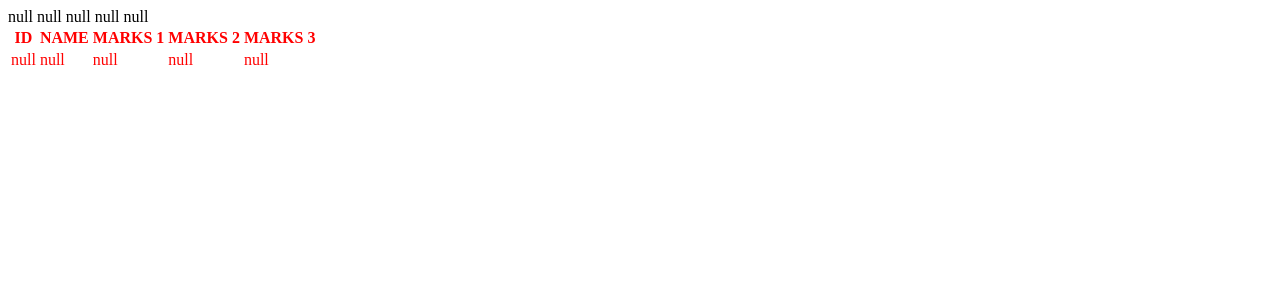
Repository: vima107/JDBC-CRUD-OPERATIONS
Page: http://localhost/get-result-mvc/getResultSuccess.jsp
The author's editor kept a copy of each file at every save. The page is drawn from the files as they stood at one save, then again after the next save.
The browser window is 1280 px wide. The pictures show the whole page.
The page is served by Tomcat 9.

Above is the page before, as saved 2024-10-14 11:28:10.

### get-result-mvc/src/main/webapp/getResultSuccess.jsp
<%@ page language="java" contentType="text/html; charset=UTF-8"
    pageEncoding="UTF-8"%>
<!DOCTYPE html>
<html>
<head>
<meta charset="UTF-8">
<title>Insert title here</title>
</head>
<body>
<%
	Integer id=(Integer)session.getAttribute("sid");
	String name=(String)session.getAttribute("sname");
	Integer marks1=(Integer)session.getAttribute("smarks1");
	Integer marks2=(Integer)session.getAttribute("smarks2");
	Integer marks3=(Integer)session.getAttribute("smarks3");


	out.println(id+" "+name+" "+" "+marks1+" "+marks2+" "+marks3);

%>
 <table style="color: red">
 	<thead>
 		<tr>
 		<th>ID</th>
 		<th>NAME</th>
 		<th>MARKS 1</th>
 		<th>MARKS 2</th>
 		<th>MARKS 3</th>
 		</tr>
 	</thead>
 	<tbody>
 	<tr>
 		<td><%= id %></td>
 		<td><%= name %></td>
 		<td><%= marks1 %></td>
 		<td><%= marks2 %></td>
 		<td><%= marks3 %></td>
 	</tr>
 	</tbody>
 </table>
</body>
</html>

After the next save:
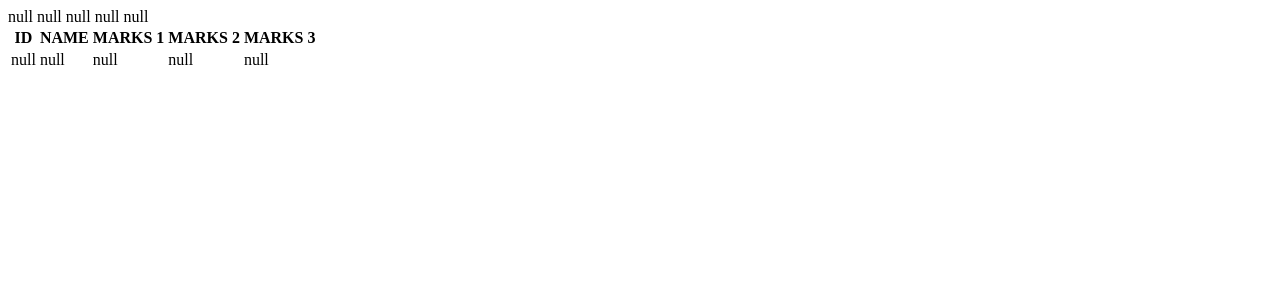
Saved 83 s later.
--- a/get-result-mvc/src/main/webapp/getResultSuccess.jsp
+++ b/get-result-mvc/src/main/webapp/getResultSuccess.jsp
@@ -18,7 +18,7 @@
 	out.println(id+" "+name+" "+" "+marks1+" "+marks2+" "+marks3);
 
 %>
- <table style="color: red">
+ <table style="color: white, background-color:red">
  	<thead>
  		<tr>
  		<th>ID</th>
